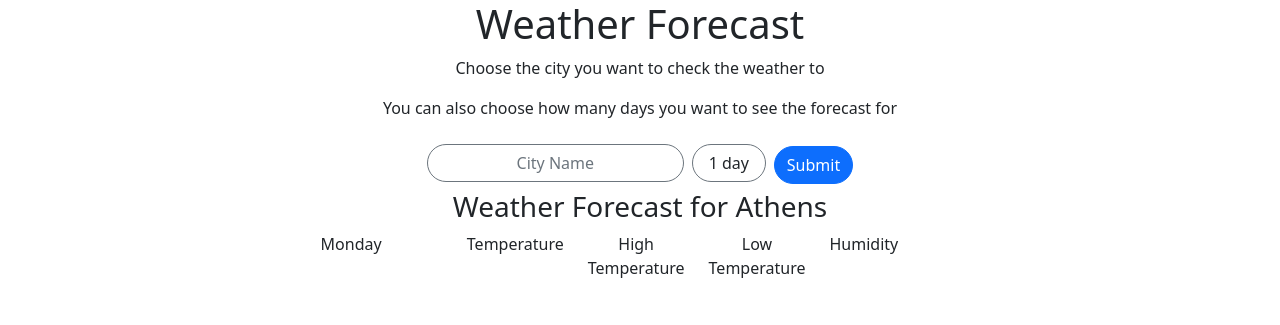
Repository: DimitrisDoxopoulos/my-own-weather-app
Page: /
The author's editor kept a copy of each file at every save. The page is drawn from the files as they stood at one save, then again after the next save.
The browser window is 1280 px wide. The pictures show the whole page.
The project was rebuilt for these pictures with package versions that can differ from the ones it lists, and the page was loaded fresh each time.

Above is the page before, as saved 2021-06-03 19:03:30.

### src/App.js
import './App.css';

/*--------------- Importing Components ------------------- */
import Wrapper from './components/Wrapper'
import Header from './components/Header'
import Tagline from './components/Tagline'
import Form from './components/Form'
import WeatherForecast from './components/WeatherForecast';
/*--------------- Importing Components ------------------- */

function App() {
  return (
    <div className="App">
      <Wrapper>
        <Header />
        <Tagline />
        <Form />
        <WeatherForecast />
      </Wrapper>
    </div>
  );
}

export default App;

### src/App.css
.App {
  /* text-align: center; */
}

.App-logo {
  height: 40vmin;
  pointer-events: none;
}

.App-header {
  background-color: #282c34;
  min-height: 100vh;
  display: flex;
  flex-direction: column;
  align-items: center;
  justify-content: center;
  font-size: calc(10px + 2vmin);
  color: white;
}

.App-link {
  color: #61dafb;
}

### src/components/Wrapper.js
import React from 'react';

const Wrapper = (props) => {
    return(
    <div className='container d-flex flex-column justify-content-center align-items-center'>
        { props.children }
    </div>
    )
}

export default Wrapper;

### src/components/Header.js
import React from 'react'

const Header = () => {
    return (
        <div className="">
            <h1 className="">Weather Forecast</h1>
        </div>
    )
}

export default Header

### src/components/Tagline.js
import React from 'react'

const Tagline = () => {
    return (
        <div className="text-center">
            <p>Choose the city you want to check the weather to</p>
            <p>You can also choose how many days you want to see the forecast for</p>
        </div>
    )
}

export default Tagline

### src/components/Form.js
import React from 'react'

const Form = () => {
    return (
        <div>
            <form className="d-flex align-items-center">
                <div className="form-group">
                    <input type="text" className="form-control border-secondary rounded-pill text-center" id="exampleFormControlInput1" placeholder="City Name" />
                </div>
                <div className="form-group d-flex p-2">
                    <select className="form-control border-secondary rounded-pill text-center" id="exampleFormControlSelect1" placeholder="How many days?">
                        <option value="1">1 day</option>
                        <option value="2">2 days</option>
                        <option value="3">3 days</option>
                        <option value="4">4 days</option>
                        <option value="5">5 days</option>
                    </select>
                </div>
                <input className="btn btn-primary mt-1 rounded-pill" type="submit" value="Submit" />
            </form>
        </div>
    )
}

export default Form

### src/components/WeatherForecast.js
import React from 'react'

const WeatherForecast = () => {
    return (
        <div className="text-center">
            <h3 className="h-3">Weather Forecast for Athens</h3>
            <div className="container">
                <div className="row">
                    <div className="col-sm">
                        <p>Monday</p>
                    </div>
                    <div className="col-sm">
                        <image src="" alt='weather icon' />
                    </div>
                    <div className="col-sm">
                        <p>Temperature</p>
                    </div>
                    <div className="col-sm">
                        <p>High Temperature</p>
                    </div>
                    <div className="col-sm">
                        <p>Low Temperature</p>
                    </div>
                    <div className="col-sm">
                        <p>Humidity</p>
                    </div>
                    <div className="col-sm">
                        <p></p>
                    </div>
                </div>
            </div>

        </div>
    )
}

export default WeatherForecast

Loaded but not shown: public/index.html (common file); src/index.js (common file); src/index.css (common file); src/reportWebVitals.js (common file)

After the next save:
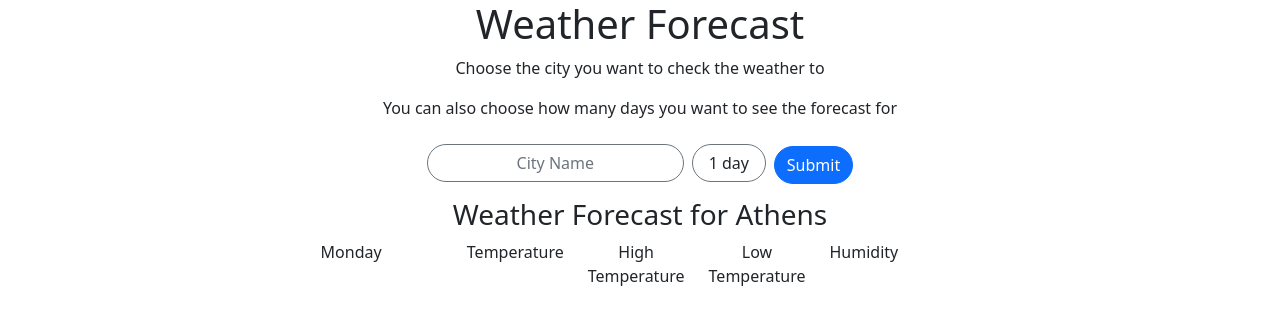
Saved 11 s later.
--- a/src/components/WeatherForecast.js
+++ b/src/components/WeatherForecast.js
@@ -2,7 +2,7 @@ import React from 'react'
 
 const WeatherForecast = () => {
     return (
-        <div className="text-center">
+        <div className="text-center p-2">
             <h3 className="h-3">Weather Forecast for Athens</h3>
             <div className="container">
                 <div className="row">
